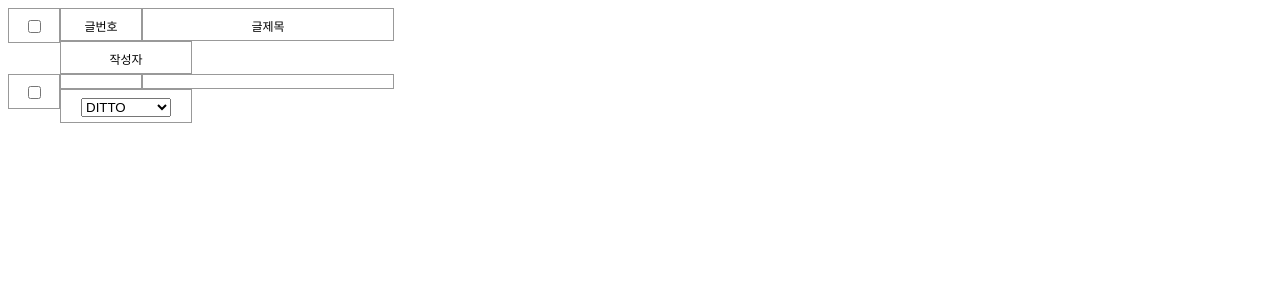
Repository: SniperDitto/save
Page: http://localhost/SpringBoard/html/boards.jsp
The author's editor kept a copy of each file at every save. The page is drawn from the files as they stood at one save, then again after the next save.
The browser window is 1280 px wide. The pictures show the whole page.
The page is served by Tomcat 9.

Above is the page before, as saved 2022-05-26 00:26:51.

After the next save:
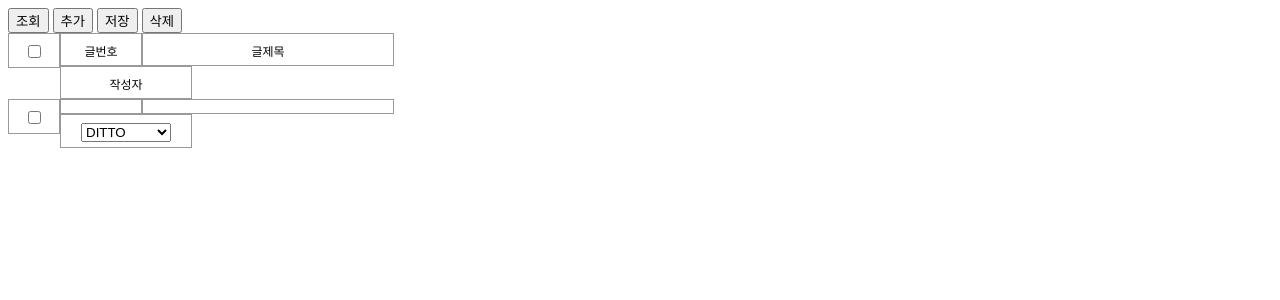
Saved 61 s later.
--- a/2022JAVA_YSH 1/JAVA/SpringBoard/SpringBoard/src/main/webapp/html/boards.jsp
+++ b/2022JAVA_YSH 1/JAVA/SpringBoard/SpringBoard/src/main/webapp/html/boards.jsp
@@ -53,7 +53,10 @@
 </head>
 <body><!-- 테스트용!!! -->
 <div>
-
+	<input type="button" value="조회" id="btnSearch" />
+	<input type="button" value="추가" id="btnAdd" />
+	<input type="button" value="저장" id="btnSave" />
+	<input type="button" value="삭제" id="btnDelete" />
 </div>
 <div id="board">
 	<div id="boardTitle" class="bRow">
